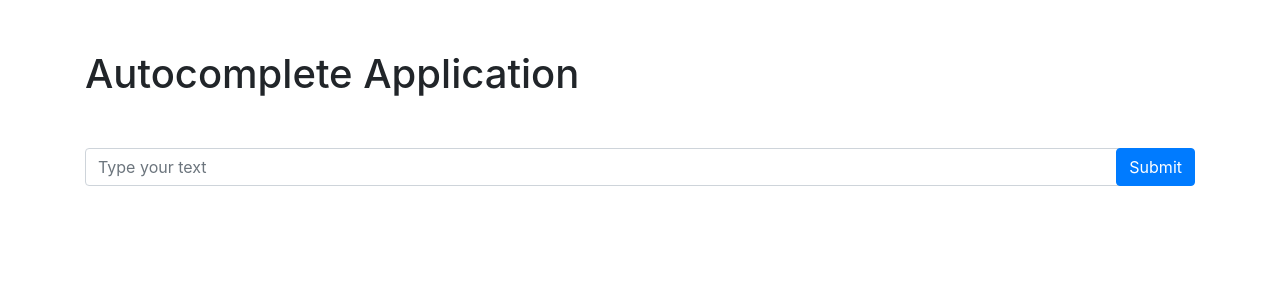
Repository: purnimapatel/auto_complete_using_trie
Page: index.html
These files come from the project's save history. The page is drawn as it stood at one moment and after the next save; the edit follows.
The browser window is 1280 px wide. The pictures show the whole page.

Above is the page before, as saved 2025-03-29 13:13:50.

### index.html
<!DOCTYPE html>
<html lang="en">

<head>
    <meta charset="UTF-8">
    <meta name="viewport" content="width=device-width, initial-scale=1.0">
    <link href="./index.css" rel="stylesheet">
    <link rel="stylesheet" href="https://stackpath.bootstrapcdn.com/bootstrap/4.5.0/css/bootstrap.min.css"
        integrity="sha384-9aIt2nRpC12Uk9gS9baDl411NQApFmC26EwAOH8WgZl5MYYxFfc+NcPb1dKGj7Sk" crossorigin="anonymous">
    <title>Autocomplete Application</title>
</head>

<body>
    <header>
        <div class="container">
            <h1 class="top">Autocomplete Application</h1>
        </div>
    </header>

    <main>

        <div class="container top">
            <div class="input-group mb-3">
                <input type="text" class="form-control" placeholder="Type your text" id="text-box">
                <span><button class="btn btn-primary" onclick="handleClick()">Submit</button></span>
            </div>
            <ul id="list" class="list-group">
            </ul>

        </div>

    </main>

    <script src="./js/trie.js"></script>
    <script src="./js/data.js"></script>
    <script src="./js/index.js"></script>

</body>

</html>

### index.css
.top{
    margin-top: 50px;
}

.clickable{
    cursor: pointer;
}

.btn-primary{
    margin-left: -50px;
    position: relative;
    z-index: 3;
}

.btn-primary:active{
    z-index: 3;
}

.form-control{
    z-index: 1;
    padding-right: 60px;
}
.form-control:focus{
    z-index: 1;
}

.input-group{
    position: relative;
}

### js/trie.js
function makeNode(ch) {
    this.ch = ch;
    this.isTerminal = false;
    this.map = {};
    this.words = [];
}

function add(str, i, root) {

    if (i === str.length) {
        root.isTerminal = true;
        return;
    }

    if (!root.map[str[i]])
        root.map[str[i]] = new makeNode(str[i]);

    root.words.push(str);
    add(str, i + 1, root.map[str[i]]);
}

function search(string, i, root){
    if(string.length === 0){
        return[];
    }
    if(i === string.length){
        return root.words;
    }
    if(!root.map[string[i]]){
        return[];
    }
    return search(string, i+1, root.map[string[i]]);

}

### js/data.js
const items = [
    "how to learn dsa",
    "Hello World",
    "apple",
    "app",
    "Avishkaar",
    "How to install Anaconda",
    "How to create youtube shorts",
    "Happy Coding",
    "What is Dark Web",
    "Learn DSA with Pepcoding",
    "Nados Info",
    "Learn with NADOS",
    "Mango",
    "Application",
    "What is WWW.",
    "Inner engineering",
    "World Wide Web",
    "Random Access Memory",
    "Roadways info",
    "Placement",
    "how to prepare for product based companies",
    "what is fullform of",
    "what is fullform of ISRO",
    "what is the Barmuda triangle",
    "'Be positive' essay",
    "Uses of Sulphur",
    "Today's Tagline",
    "Dart",
    "Dart Programming",
    "Don 2",
    "DareToCompete",
    "Do's and dont's",
    "The Sun",
    "The Universe",
    "The University",
    "Divide and Rule",
    "Check your Brain age",
    "Concept of Relativity",
    "Concept of Physics",
    "Clear your doubt",
    "Cat",
    "cat",
    "divide and rule",
    "dart",
    "python",
    "c programming",
    "c++ programming concept",
    "Java",
    "java",
    "google",
    "good morning quotes",
    "good quotes",
    "second world war",
    "Good morning",
    "vander waal force",
    "mango",
    "Mango",
    "Most important topics",
    "most important topics for board",
    "Most important topics",
    "flutter",
    "flutter",
    "Go",
    "Golang",
    "go programming language",
    "xylem and phloyem",
    "zoo",
    "wildlife",
    "as well as",
    "Amazing concept",
    "amazing concept",
    "Largest",
    "Low intensity",
    "low intensity",
    "trie",
    "timeline",
    "k-mean clustering",
    "knowledge",
    "knowledge is your power",
    "Know yourself",
    "Examples of",
    "starting of life on the earth",
    "book your show",
    "cookies",
    "domain",
    "element",
    "fear of",
    "gear up",
    "honest talk",
    "is it clear",
    "jk",
    "know your potential",
    "lemon",
    "mongo",
    "note that",
    "operation",
    "pick the correct option",
    "quick",
    "rare element on the earth",
    "seven color of",
    "test your knowledge",
    "use of",
    "vacobulary in",
    "well explained",
    "xyz",
    "yes, start",
    "zone of",
    "Book the ticket",
    "Conceptual understanding",
    "Data analysis",
    "Engagement incremental",
    "Fog and mist",
    "Gear up your progress",
    "How to start coding",
    "Is it right",
    "Jest",
    "K is symbol of",
    "Lotus tample",
    "Magnify",
    "No SQL",
    "Okay means",
    "P-block element",
    "Quartz",
    "Rest state",
    "Seven colour of ",
    "There are how many type of",
    "Uses of",
    "V s l",
    "Wax ",
    "X R",
    "Year ",
    "Zone",
];

### js/index.js

const root = new makeNode('\0');
for (const item of items)
    add(item, 0, root);

const text_box = document.getElementById("text-box");
const list = document.getElementById("list");

function handler(e) {
    const str = e.target.value;
    predictions = search(str, 0, root);

    console.log(predictions);
    list.innerHTML = ""
    for (const prediction of predictions)
        list.innerHTML += `<li class="list-group-item clickable" onclick="handleClick(this)"><b>${str}</b>${prediction.substring(str.length)}</li>`;

}


function handleClick(e) {
    text_box.value = e.innerText;
}

handler({ target: { value: "" } });

if(text_box)
text_box.addEventListener("keyup", handler);

After the next save:
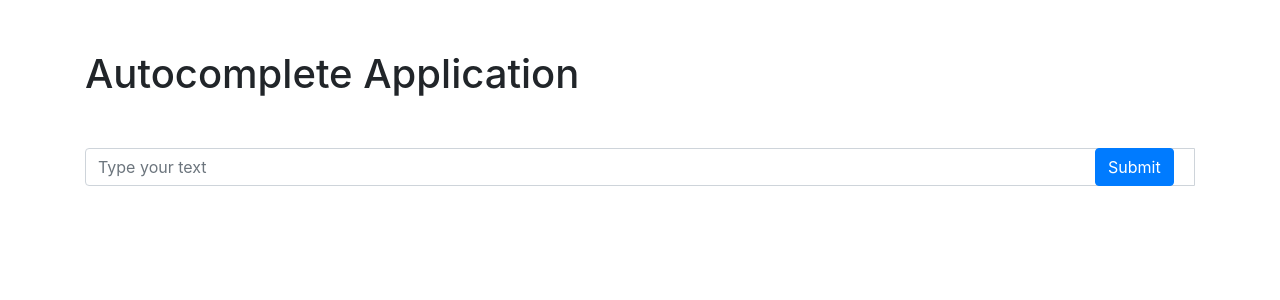
Saved 35 s later.
--- a/index.css
+++ b/index.css
@@ -7,7 +7,7 @@
 }
 
 .btn-primary{
-    margin-left: -50px;
+    margin-left: -100px;
     position: relative;
     z-index: 3;
 }

After the save that followed:
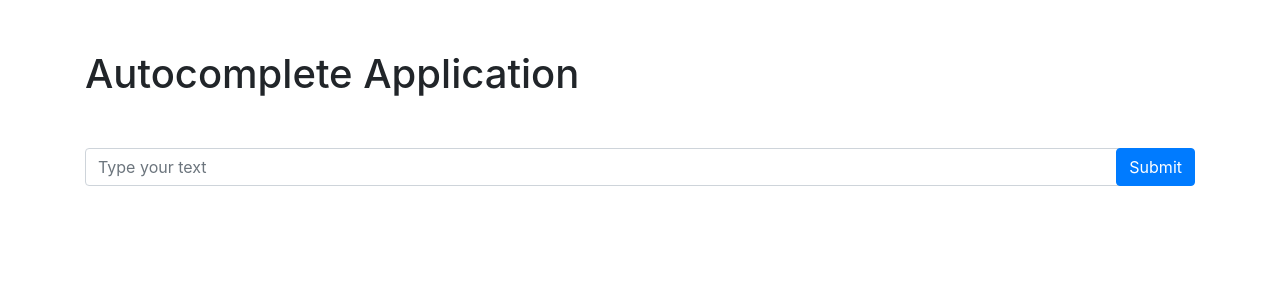
Saved 25 s later.
--- a/index.css
+++ b/index.css
@@ -7,7 +7,7 @@
 }
 
 .btn-primary{
-    margin-left: -100px;
+    margin-left: -70px;
     position: relative;
     z-index: 3;
 }
